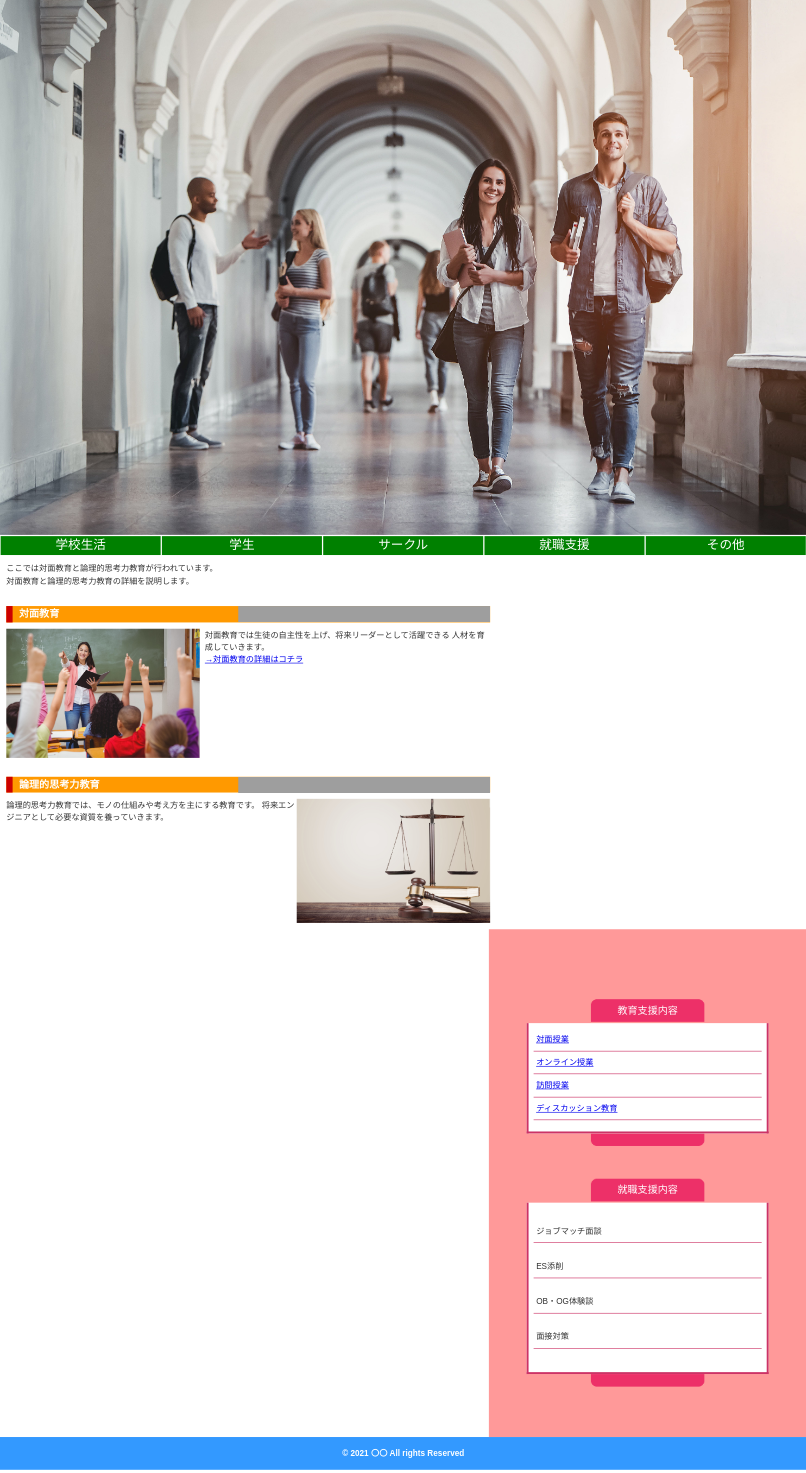
Repository: Ossan-gon/samurai_HTML-CSS
Page: home.html
The author's editor kept a record of every edit. The page is drawn from the files as they stood at one moment, then again after the next edit.
The browser window is 1280 px wide. The pictures show the whole page, at 63% of full size.
Pictures or frames that could not be fetched are drawn as grey boxes.

Above is the page before.

After the next edit:
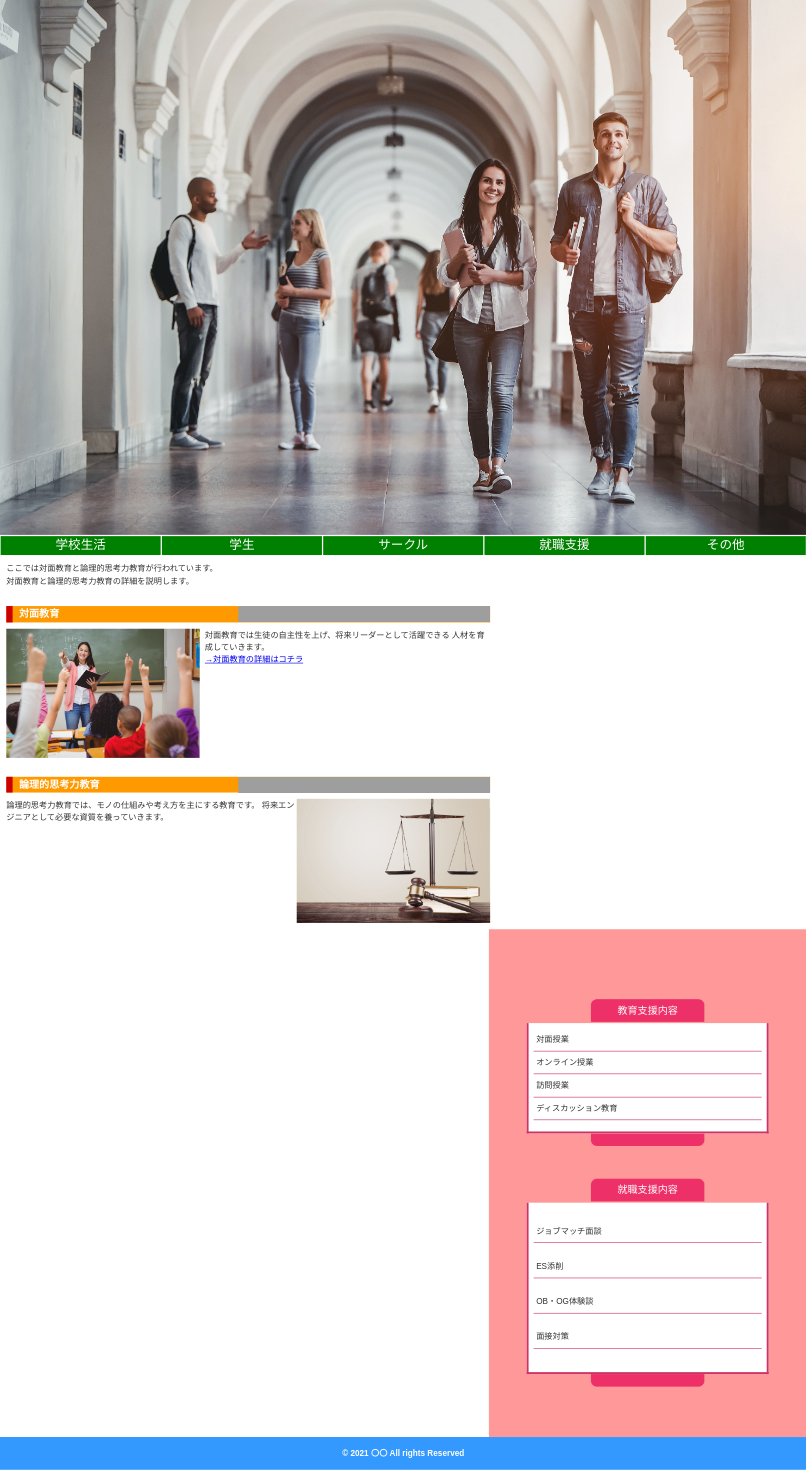
The edit:
--- a/home.html
+++ b/home.html
@@ -61,10 +61,10 @@
                <h2>教育支援内容</h2>
                     <div class="boxBody">
                         <ul>
-                            <li><a href="home.html">対面授業</a></li>
-                            <li><a href="#">オンライン授業</a></li>
-                            <li><a href="#">訪問授業</a></li>
-                            <li><a href="#">ディスカッション教育</a></li>
+                            <li>対面授業</a></li>
+                            <li>オンライン授業</a></li>
+                            <li>訪問授業</a></li>
+                            <li>ディスカッション教育</a></li>
                         </ul>
                     </div>
            </div>
